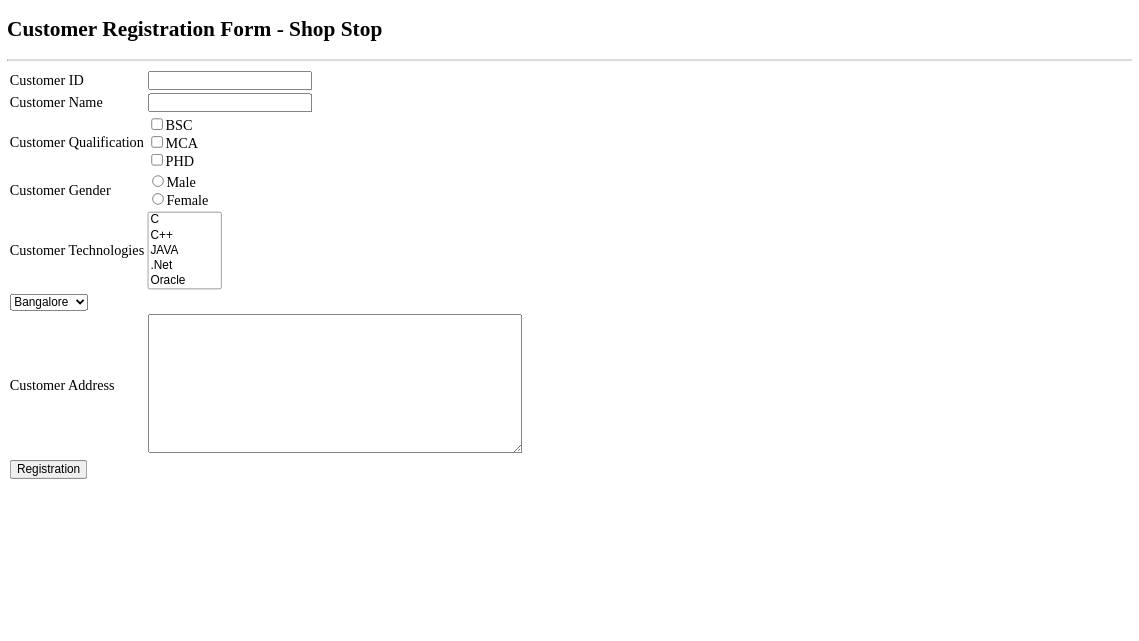
Repository: Rohit-3413/GET-java-training
Page: Web-workspace/ShopStop/src/main/webapp/customer.html
An editor plug-in stored every save of this project. The page is shown before and after the next save, followed by the edit.
The browser window is 1280 px wide. The pictures show the whole page, at 89% of full size.

Above is the page before, as saved 2025-09-19 07:04:55.

After the next save:
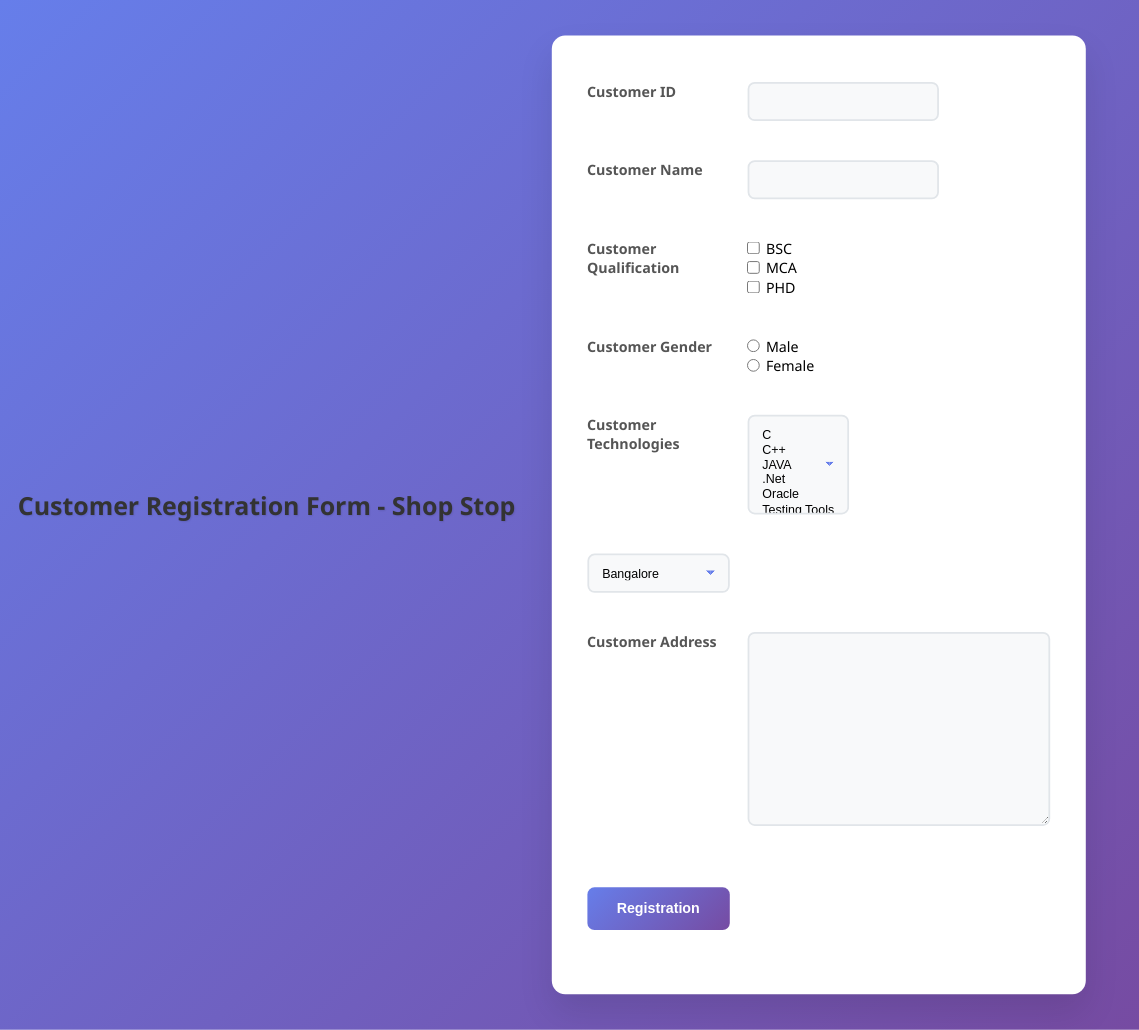
Saved 45 s later.
--- a/Web-workspace/ShopStop/src/main/webapp/customer.html
+++ b/Web-workspace/ShopStop/src/main/webapp/customer.html
@@ -3,6 +3,7 @@
 <head>
 <meta charset="UTF-8">
 <title>Customer Registration Form</title>
+<link rel =" stylesheet" href ="css/customer.css">
 </head>
 <body>
 	<h2>
